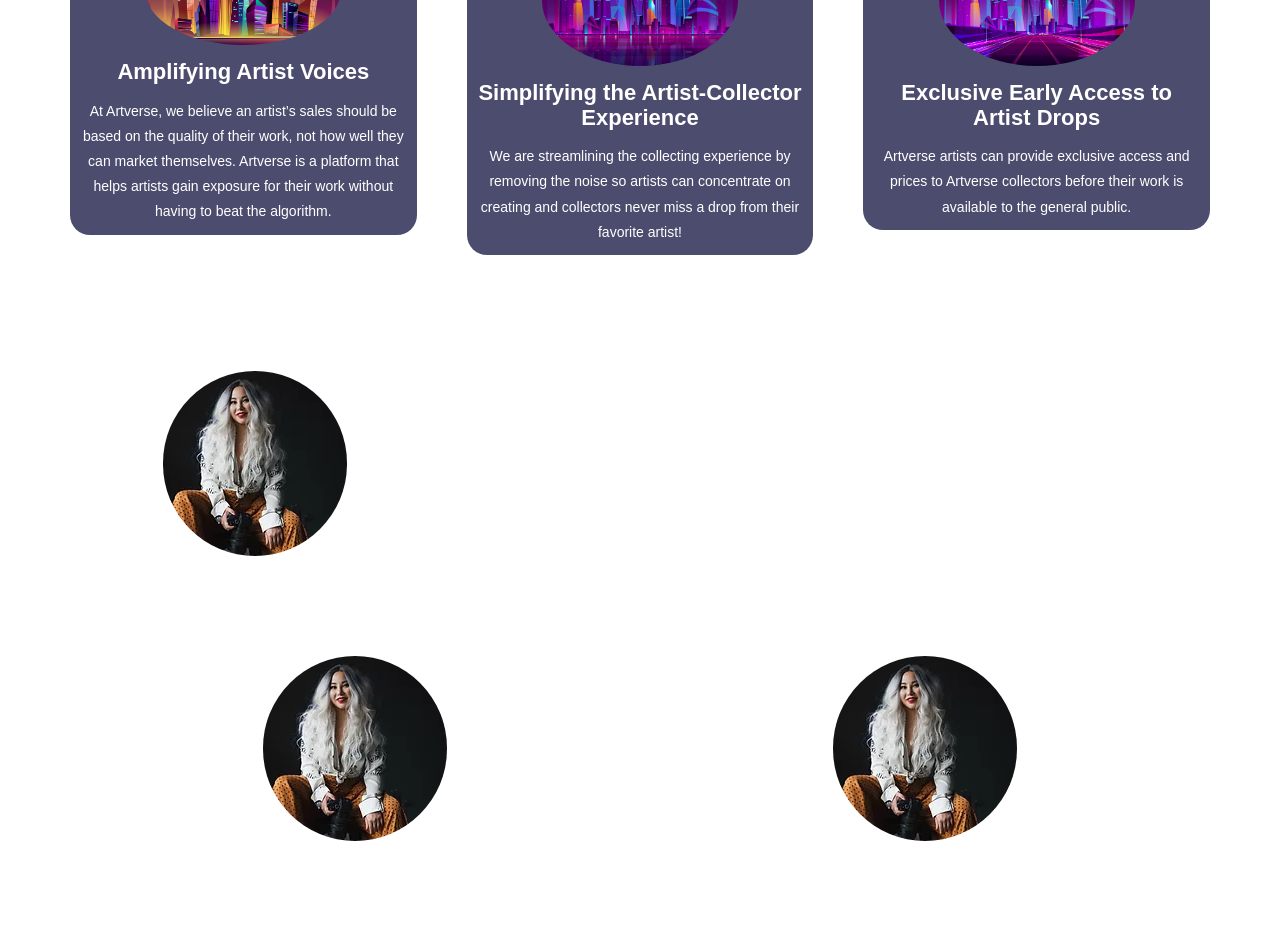
Repository: akinolapo/artverse
Page: /
The author's editor kept a copy of each file at every save. The page is drawn from the files as they stood at one save, then again after the next save.
The browser window is 1280 px wide. The pictures show the part of the page from y = 1059 to 2011 px (the page is 2011 px tall before and 1985 px after).
The project was rebuilt for these pictures with package versions that can differ from the ones it lists, and the page was loaded fresh each time.

Above is the page before, as saved 2022-07-25 14:38:48.

After the next save:
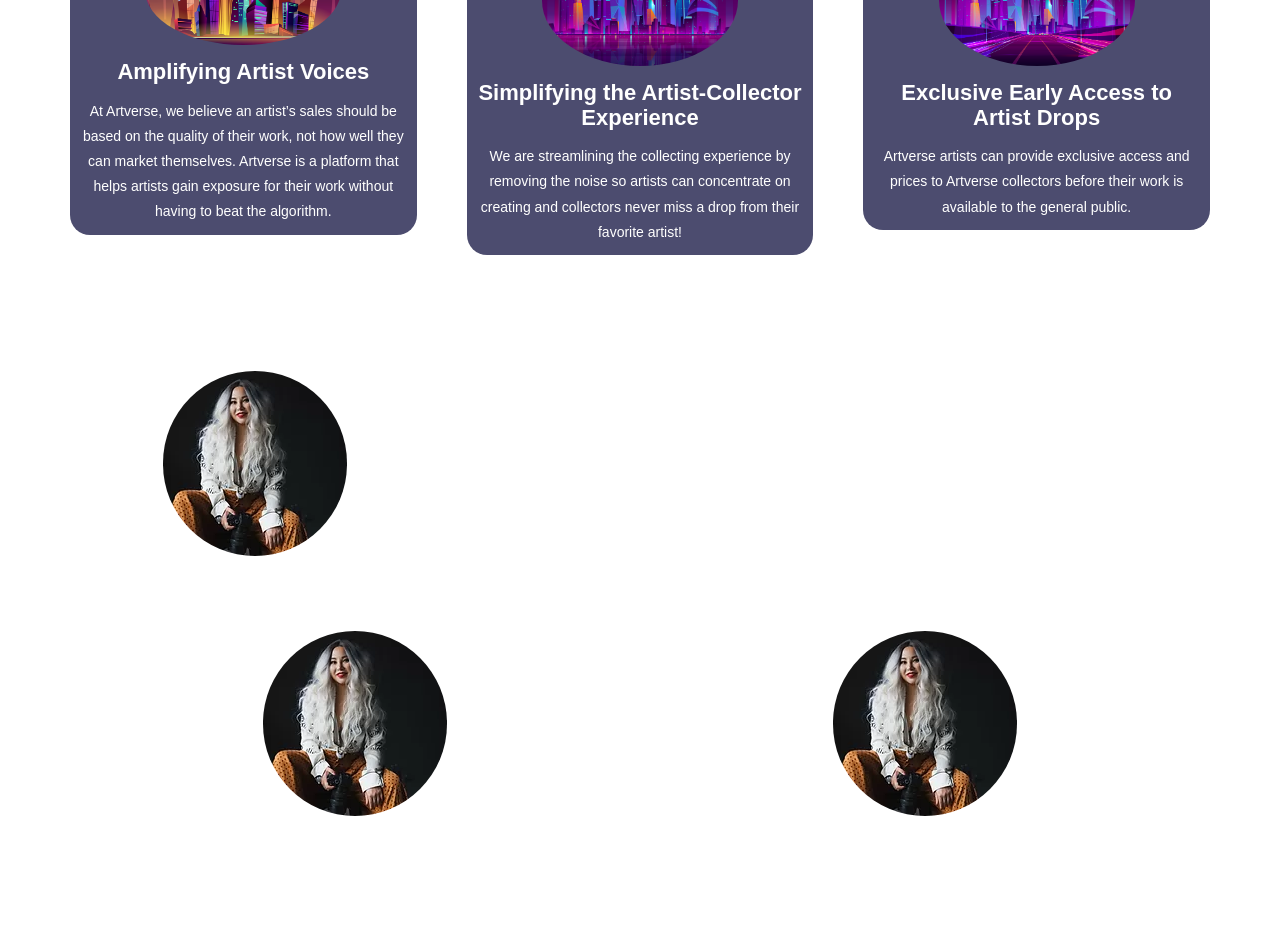
Saved 2 min 35 s later.
--- a/src/components/Team/Team.jsx
+++ b/src/components/Team/Team.jsx
@@ -28,7 +28,7 @@
                 </div>
             </div>
             <div>
-                <h4 className='text-center'>Other Team Members</h4>
+                {/* <h4 className='text-center'>Other Team Members</h4> */}
             <div className='grid grid-cols-2'>
             <div className='text-center'>
                         <img className='rounded-full m-auto' src={process.env.PUBLIC_URL+`assets/founder.webp`} alt='Founder'></img>
